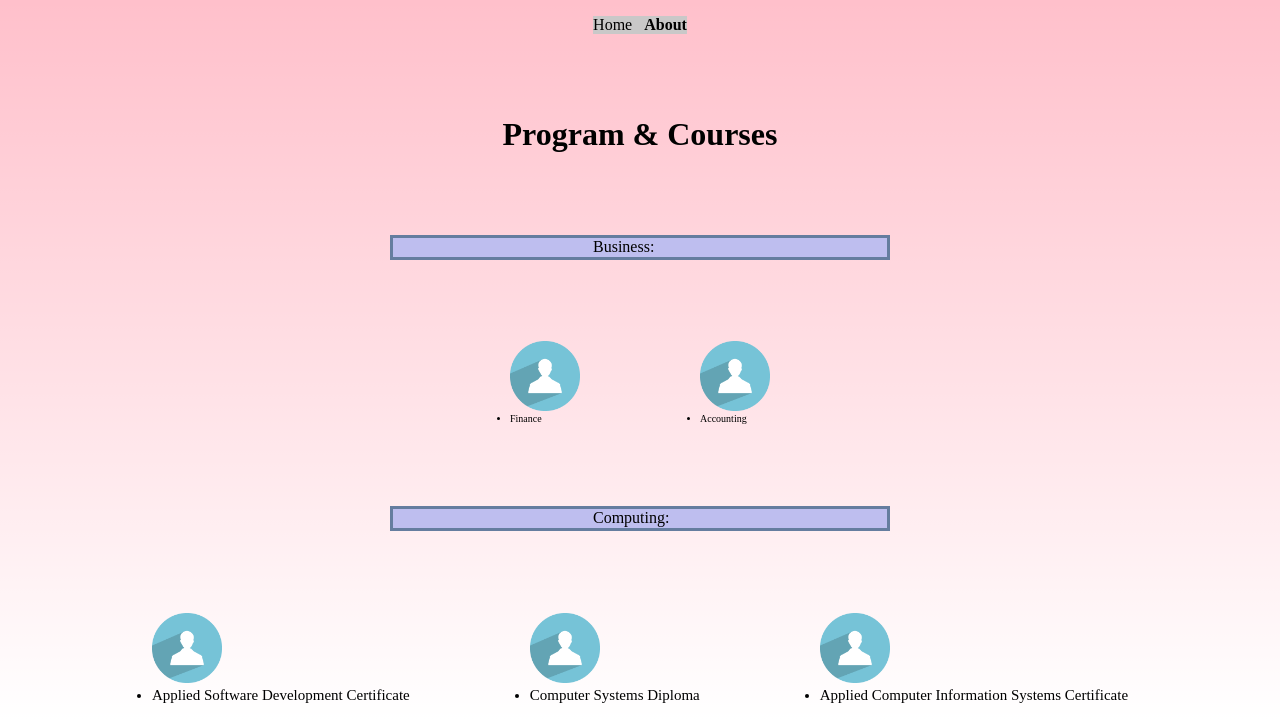
Repository: anoncoderin/madhu-assignment3
Page: /
The author's editor kept a copy of each file at every save. The page is drawn from the files as they stood at one save, then again after a run of saves.
The browser window is 1280 px wide. The pictures show the whole page.
The project was rebuilt for these pictures with package versions that can differ from the ones it lists, and the page was loaded fresh each time. The framework's server and built-in components were replaced by stand-ins that run in the browser. Also part of the build but not shown: next.config.js, components/Card/Card.module.css.

Above is the page before, as saved 2023-01-22 22:36:23.

After the next 5 saves:
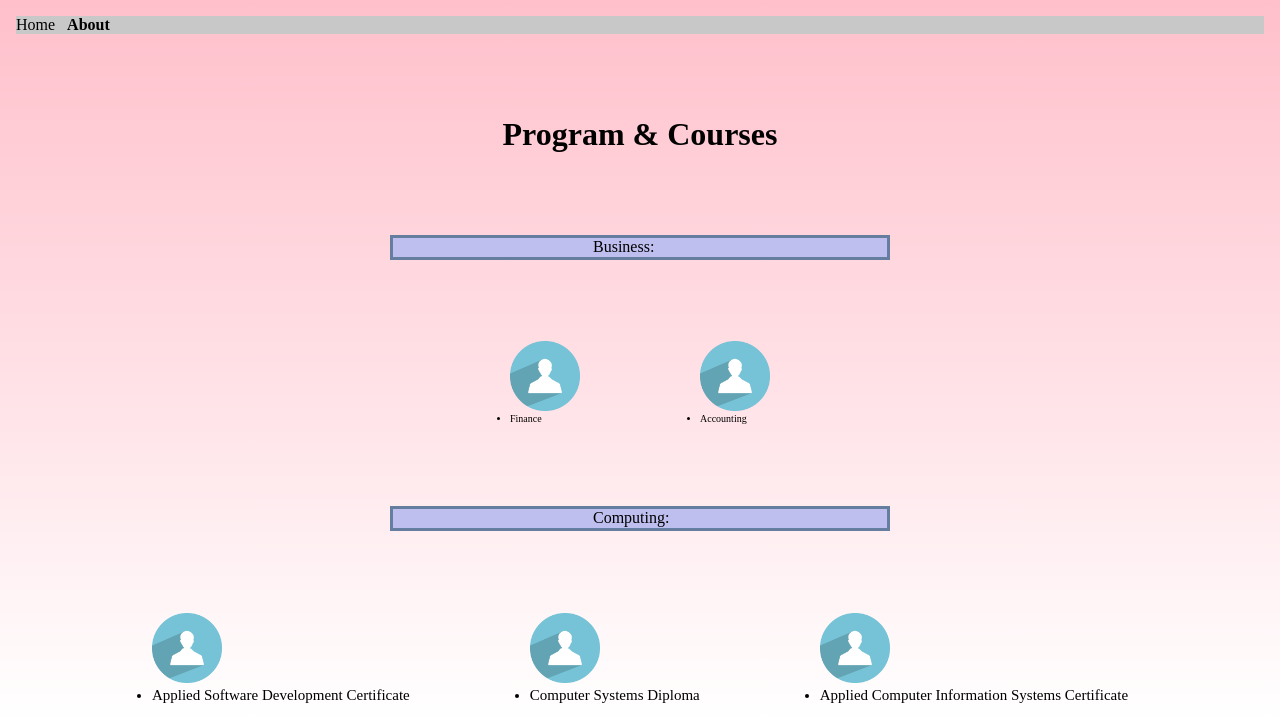
The 5 saves are shown as one change because they came seconds apart.
The last was saved 14 s later.
--- a/styles/Home.module.css
+++ b/styles/Home.module.css
@@ -18,7 +18,7 @@
   flex-direction: row;
   justify-content: space-between;
   background-color: rgb(201, 200, 200);
-  padding: ;
+  width: 100%;
 }
 
 
